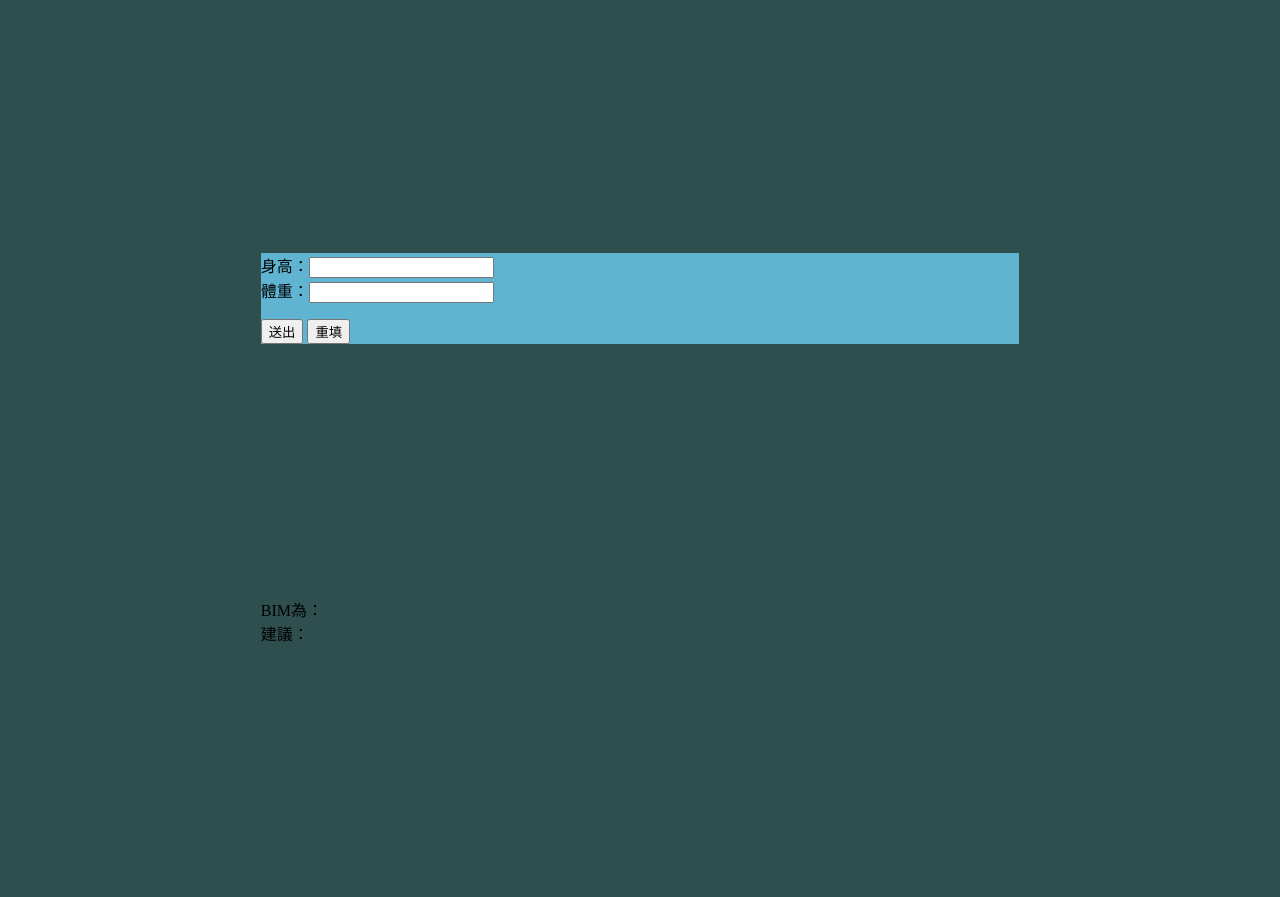
Repository: Digi-Duck/cybercube
Page: 12- 張雅婷/1117-bmi.html
These files come from the project's save history. The page is drawn as it stood at one moment and after a run of saves; the edit follows.
The browser window is 1280 px wide. The pictures show the whole page.

Above is the page before, as saved 2022-11-24 13:49:20.

After the next 2 saves:
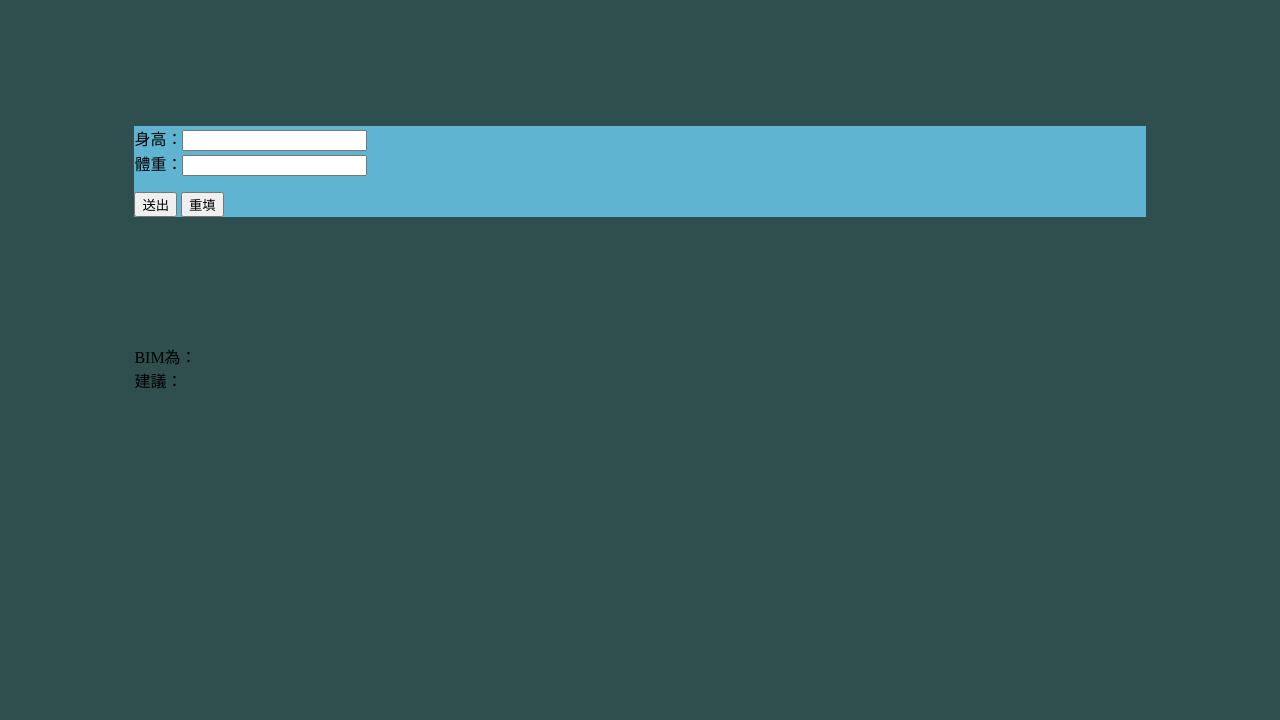
The 2 saves are shown as one change because they came seconds apart.
The last was saved 10 s later.
--- a/12- 張雅婷/bmi.css
+++ b/12- 張雅婷/bmi.css
@@ -1,5 +1,5 @@
 .bmi_input{
-    margin: 20%;
+    margin: 10%;
     align-items: center;
     background-color: #5fb5d1;
     color: black;
@@ -7,7 +7,7 @@
 
 .bmi_output.act{
     opacity:1;
-    margin: 20%;
+    margin: 10%;
     align-items: center;
 }
 body{
